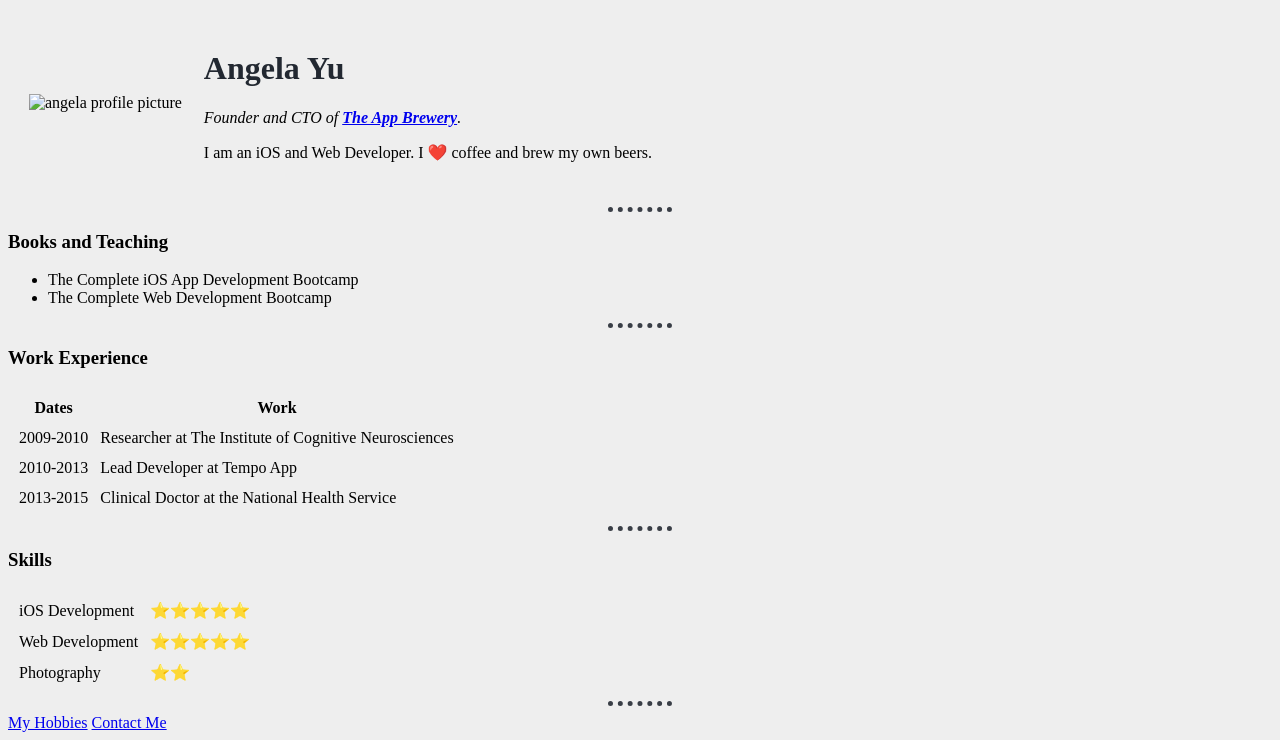
Repository: Isanderr/simple_landing_page-1
Page: index.html
The author's editor kept a copy of each file at every save. The page is drawn from the files as they stood at one save, then again after the next save.
The browser window is 1280 px wide. The pictures show the whole page.

Above is the page before, as saved 2019-01-30 19:55:53.
Not found: img/code.jpg

After the next save:
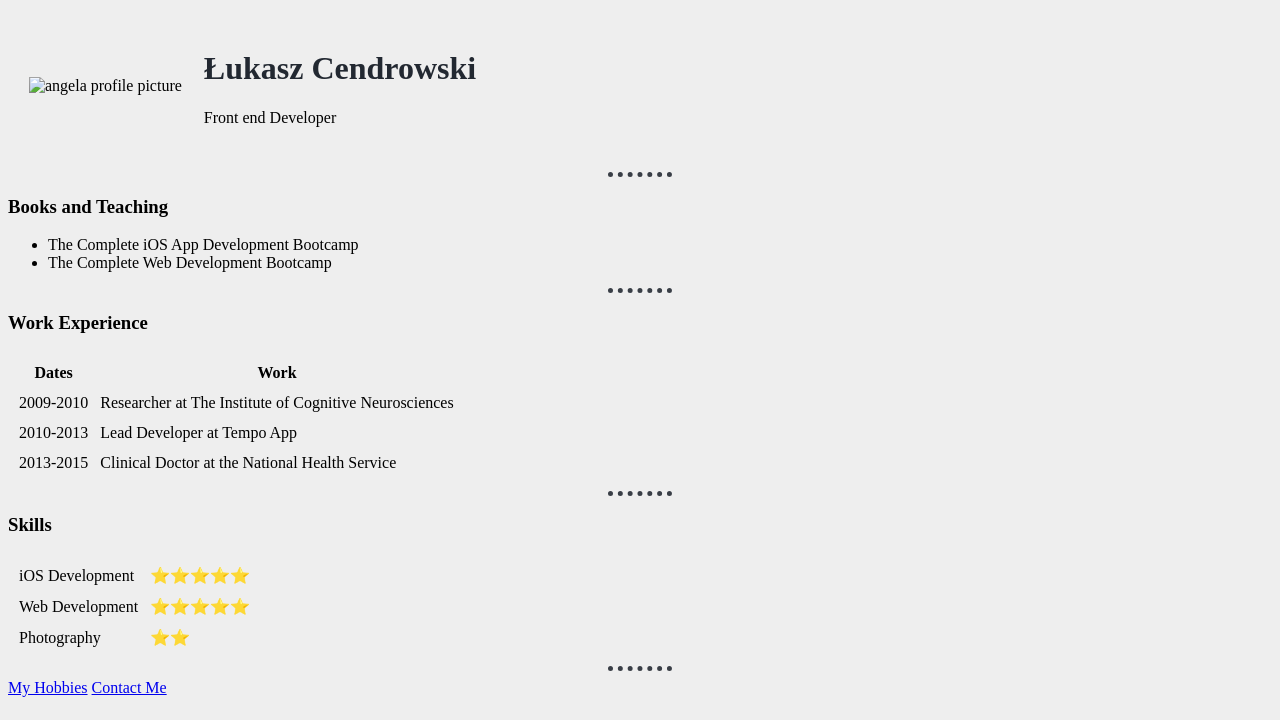
Saved 79 s later.
--- a/index.html
+++ b/index.html
@@ -5,7 +5,7 @@
         <meta charset="UTF-8">
         <meta name="viewport" content="width=device-width, initial-scale=1.0">
         <meta http-equiv="X-UA-Compatible" content="ie=edge">
-        <title>Document</title>
+        <title>CendrowskiL</title>
         <link rel="stylesheet" href="css/styles.css">
     </head>
 
@@ -14,9 +14,9 @@
             <tr>
                 <td><img src="img/code.jpg" alt="angela profile picture"></td>
                 <td>
-                    <h1>Angela Yu</h1>
-                    <p><em>Founder and CTO of <strong><a href="https://www.appbrewery.co/">The App Brewery</a></strong>.</em></p>
-                    <p>I am an iOS and Web Developer. I ❤️ coffee and brew my own beers.</p>
+                    <h1>Łukasz Cendrowski</h1>
+                    <p>Front end Developer</p>
+                    <p></p>
                 </td>
             </tr>
         </table>
